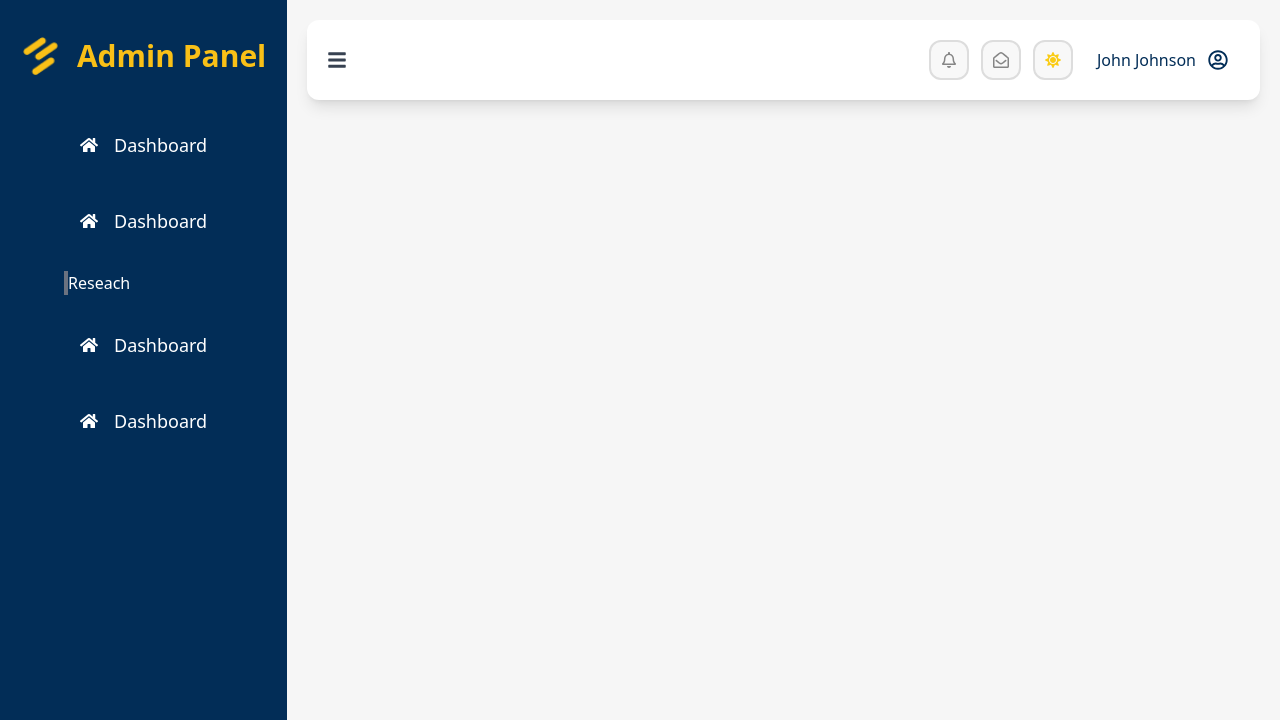
Repository: farrelmuhammad/redesign-bo
Page: /
An editor plug-in stored every save of this project. The page is shown before and after the next save, followed by the edit.
The browser window is 1280 px wide. The pictures show the whole page.
The project was rebuilt for these pictures with package versions that can differ from the ones it lists, and the page was loaded fresh each time. Also part of the build but not shown: src/App.css.

Above is the page before, as saved 2024-03-02 20:02:12.

### src/App.tsx
import React from 'react';
import logo from './logo.svg';
import './App.css';
import Navbar from './components/Navbar';
import Sidebar from './components/Sidebar';

function App() {
  return (
    <section className='bg-[#F6F6F6] h-screen w-screen flex font-poppins text-white'>
      <Sidebar />
      <Navbar />
    </section>
  );
}

export default App;

### src/components/Navbar.tsx
import React from 'react'
import { FaBars, FaMoon, FaRegBell, FaRegEnvelopeOpen, FaRegUserCircle, FaSun } from "react-icons/fa";

const Navbar = () => {
    return (
        <nav className='bg-white h-20 w-full flex flex-row justify-between items-center px-5 m-5 rounded-xl shadow-lg'>
            <div className="flex flex-1 justify-start items-center">
                <button className='text-xl text-gray-700 hover:text-black'>
                    <FaBars />
                </button>
            </div>
            <div className="flex flex-1 flex-row gap-3 justify-end items-end">
                <button className='flex justify-center items-center h-10 w-10 text-[#868686] bg-[#F8F8F8] rounded-xl border-[2px] border-[#DDDDDD] hover:border-gray-500 hover:text-gray-500'>
                    <FaRegBell />
                </button>
                <button className='flex justify-center items-center h-10 w-10 text-[#868686] bg-[#F8F8F8] rounded-xl border-[2px] border-[#DDDDDD] hover:border-gray-500 hover:text-gray-500'>
                    <FaRegEnvelopeOpen />
                </button>
                <button className='flex justify-center items-center h-10 w-10 rounded-xl border-[2px] border-[#DDDDDD] bg-[#F8F8F8] text-yellow-400 hover:border-gray-500 hover:text-yellow-500'>
                    <FaSun />
                    {/* <FaMoon /> */}
                </button>
                <button className='flex flex-row justify-center items-center py-2 px-3 gap-3 text-[#022D57] hover:text-[#1e183a]'>
                    John Johnson <FaRegUserCircle className='text-xl' />
                </button>
            </div>
        </nav>
    )
}

export default Navbar

### src/components/Sidebar.tsx
import React from 'react'
import Logo from '../assets/images/Logo.png'
import { FaHome } from 'react-icons/fa'

const Sidebar = () => {
    return (
        <aside className='flex flex-col h-full w-1/4 justify-start items-center bg-[#022D57] py-5'>
            <div className="flex flex-row h-20 justify-start gap-4 items-center">
                <img className="h-10 w-10" src={Logo} alt="" />
                <h1 className='font-bold text-3xl text-[#F9C017]'>Admin Panel</h1>
            </div>
            <div className="flex flex-col h-full w-full justify-start gap-4 items-start py-5 px-16">
                <ul className='flex flex-col gap-2 w-full font-medium text-lg'>
                    <li className='w-full'>
                        <button className='flex flex-row justify-start w-full items-center gap-4 py-5 px-4 hover:rounded-xl hover:bg-[#3996DC] hover:bg-opacity-[20%] hover:text-[#F9C017]'>
                            <FaHome /> Dashboard
                        </button>
                    </li>
                    <li className='w-full'>
                        <button className='flex flex-row justify-start w-full items-center gap-4 py-5 px-4 hover:rounded-xl hover:bg-[#3996DC] hover:bg-opacity-[20%] hover:text-[#F9C017]'>
                            <FaHome /> Dashboard
                        </button>
                    </li>
                </ul>
                <div className='flex flex-row w-full'>
                    <div className='h-6 w-1 bg-gray-500'></div>
                    <h1>Reseach</h1>
                </div>
                <ul className='flex flex-col gap-2 w-full font-medium text-lg'>
                    <li className='w-full'>
                        <button className='flex flex-row justify-start w-full items-center gap-4 py-5 px-4 hover:rounded-xl hover:bg-[#3996DC] hover:bg-opacity-[20%] hover:text-[#F9C017]'>
                            <FaHome /> Dashboard
                        </button>
                    </li>
                    <li className='w-full'>
                        <button className='flex flex-row justify-start w-full items-center gap-4 py-5 px-4 hover:rounded-xl hover:bg-[#3996DC] hover:bg-opacity-[20%] hover:text-[#F9C017]'>
                            <FaHome /> Dashboard
                        </button>
                    </li>
                </ul>
            </div>
        </aside>
    )
}

export default Sidebar

Loaded but not shown: public/index.html (common file); src/index.tsx (common file); src/index.css (common file); src/reportWebVitals.ts (common file); tailwind.config.js (common file)

After the next save:
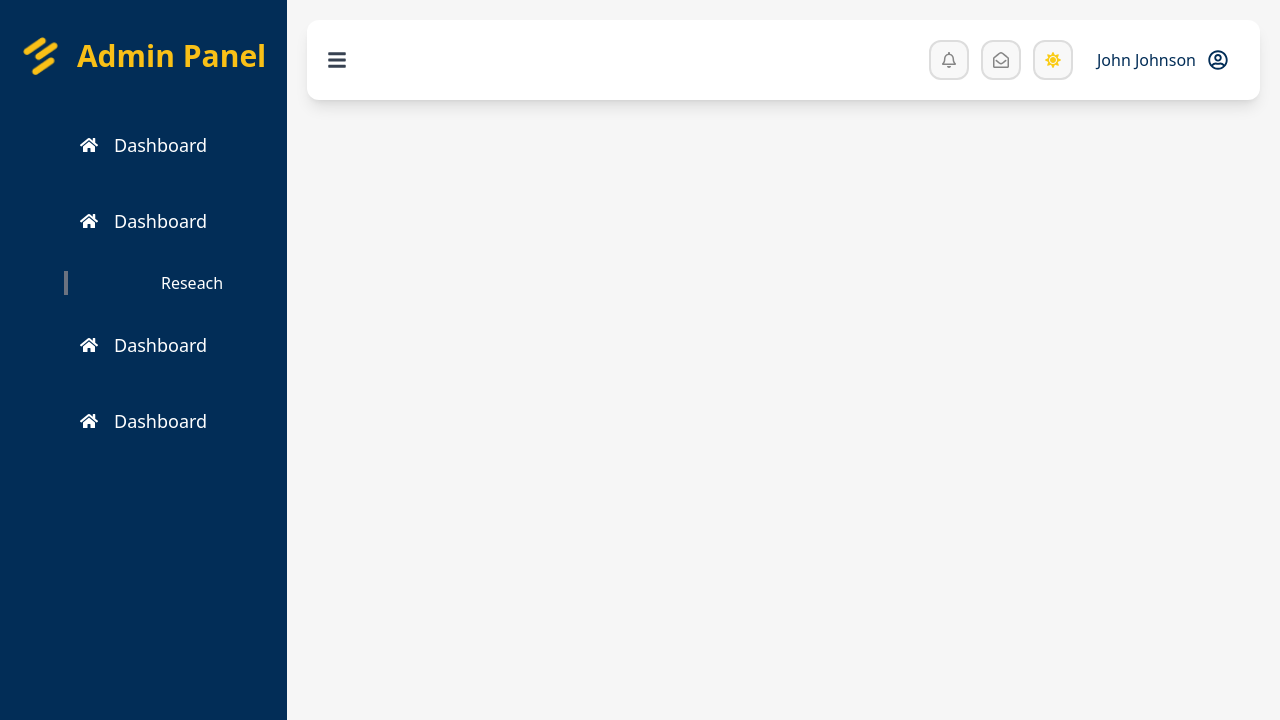
Saved 7 s later.
--- a/src/components/Sidebar.tsx
+++ b/src/components/Sidebar.tsx
@@ -22,7 +22,7 @@ const Sidebar = () => {
                         </button>
                     </li>
                 </ul>
-                <div className='flex flex-row w-full'>
+                <div className='flex flex-row w-full justify-between'>
                     <div className='h-6 w-1 bg-gray-500'></div>
                     <h1>Reseach</h1>
                 </div>
